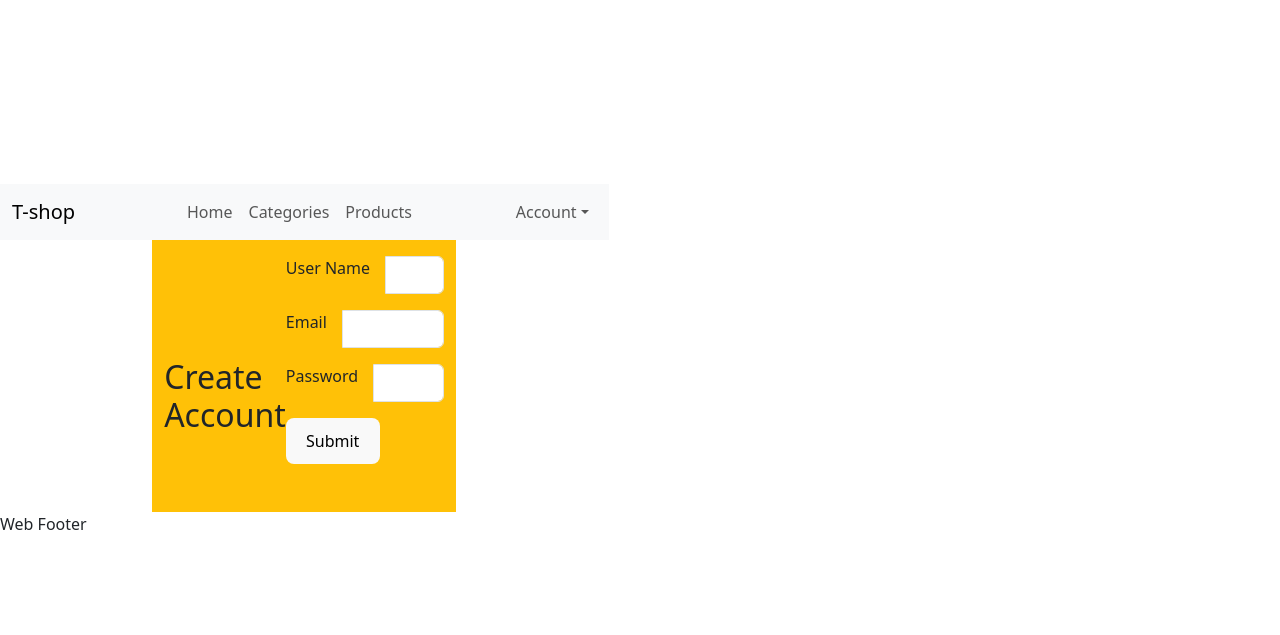
Repository: HadelAbdellatif/ecommerce1
Page: /register
The author's editor kept a copy of each file at every save. The page is drawn from the files as they stood at one save, then again after a run of saves.
The browser window is 1280 px wide. The pictures show the whole page.
The project was rebuilt for these pictures with package versions that can differ from the ones it lists, and the page was loaded fresh each time. Also part of the build but not shown: vite.config.js, src/components/web/home/Home.jsx, src/components/web/categories/Categories.jsx, src/components/dashboard/navbar/Navbar.jsx, src/components/dashboard/footer/Footer.jsx, src/layouts/DashboardLayout.jsx, src/components/dashboard/home/Home.jsx, src/components/dashboard/categories/Categories.jsx.

Above is the page before, as saved 2023-11-25 15:10:17.

After the next 2 saves:
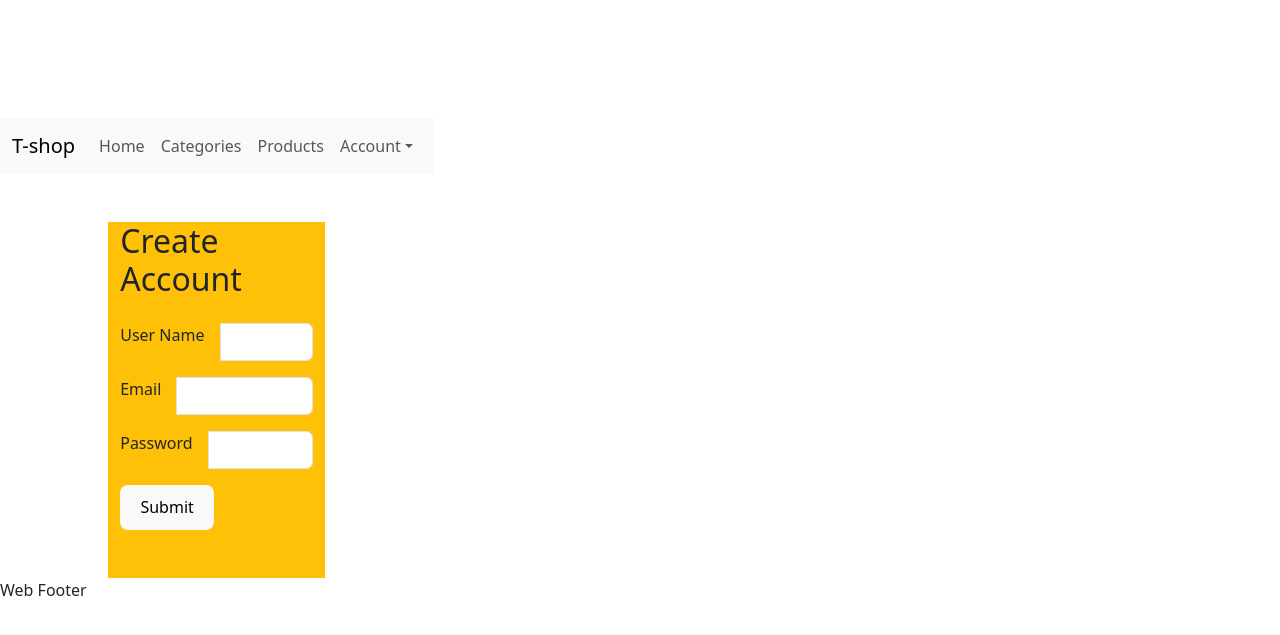
The 2 saves are shown as one change because they came seconds apart.
The last was saved 25 s later.
--- a/src/components/web/register/Register.jsx
+++ b/src/components/web/register/Register.jsx
@@ -82,9 +82,9 @@ export default function Register() {
 
     return (
         <>
-            <div className="container bg-warning w-50 d-flex justify-content-center align-items-center">
+            <div className="container bg-warning w-50">
                 <h2 className='mt-5'>Create Account</h2>
-                <div className=' '>
+                <div className='d-flex justify-content-center align-items-center '>
 
                     <form className='mb-5' onSubmit={formik.handleSubmit}>
                         {renderInputs}
